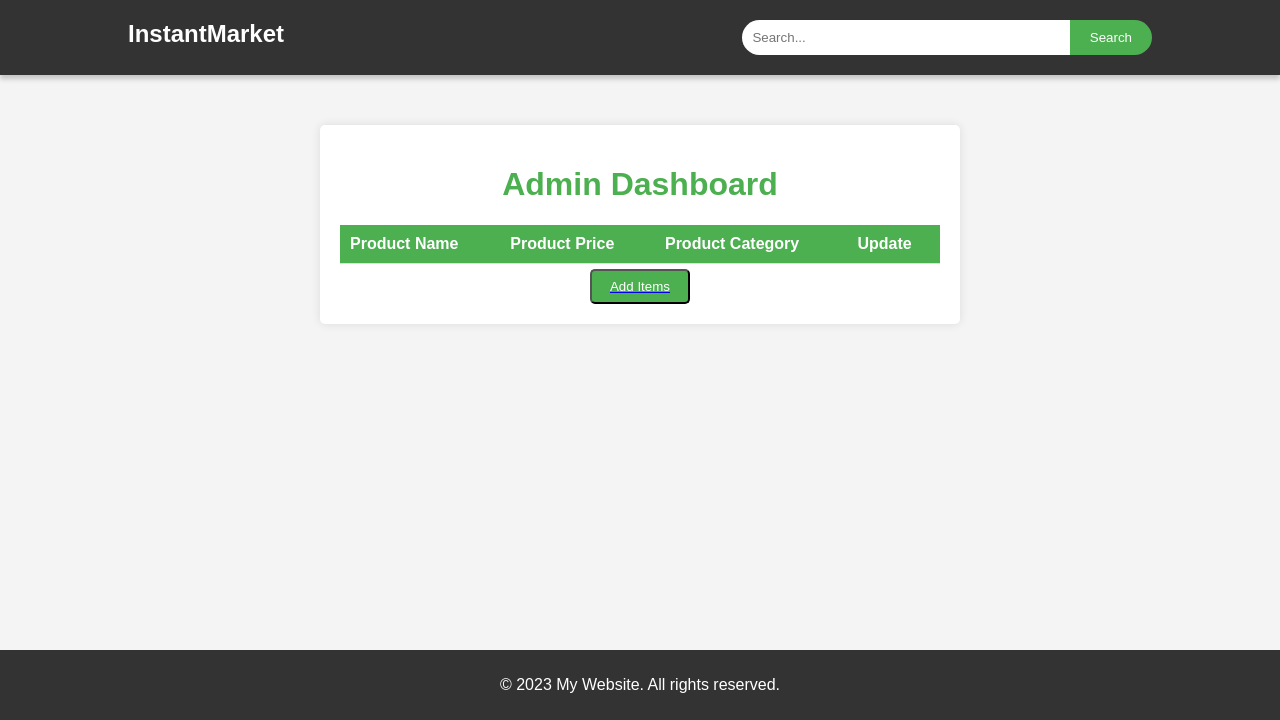
Repository: UrinduYatawakaa/OOP_project
Page: http://localhost/ProductDemo/AllServlet
The author's editor kept a copy of each file at every save. The page is drawn from the files as they stood at one save, then again after the next save.
The browser window is 1280 px wide. The pictures show the whole page.
The page is served by Tomcat 9. Other server files are loaded and not shown. Queries for data that is not in the repository find no rows.

Above is the page before, as saved 2023-10-25 18:40:50.

### oop project/ProductDemo/src/main/webapp/searchbarAdmin.jsp
<%@ page language="java" contentType="text/html; charset=ISO-8859-1"
    pageEncoding="ISO-8859-1"%>
    <%@taglib prefix="c" uri="http://java.sun.com/jsp/jstl/core"%>

<!DOCTYPE html>
<html lang="en">

<head>
    <meta charset="UTF-8">
    <meta name="viewport" content="width=device-width, initial-scale=1.0">
    <link rel="stylesheet" href="css/category.css" type="text/css">
    <link rel="stylesheet" href="css/stylesheader.css" type="text/css">
    <title>Simple Grocery Cart</title>
</head>

<body>
 <header>
        <div class="container">
            <h1>InstantMarket</h1>
            <div class="search-bar">
                <form action="log" method="post">
                    <input type="text" name="ProductName" placeholder="Search...">
                    <input type="submit" name="submit" value="Search">
                </form>
            </div>

        </div>
    </header>

    <div class="container2">
        <table class="cart">
        <h1>Admin Dashboard</h1>
            <thead>
                <tr>
                    <th>Product Name</th>
                    <th>Product Price</th>
                    <th>Product Category</th>
                    <th>Update</th>
                </tr>
            </thead>
            <c:forEach var="product" items = "${productDetails}" >

            <c:set var="id" value="${product.id}"/>
            <c:set var="name" value="${product.name}"/>
            <c:set var="price" value="${product.price}"/>
            <c:set var="category" value="${product.category}"/>

            <c:url value="updateProduct.jsp" var="productUpdate">
		    <c:param name="id" value="${id}"/>
		    <c:param name="name" value="${name}"/>
		    <c:param name="price" value="${price}"/>
		    <c:param name="category" value="${category}"/>
	        </c:url>

            <tbody>
                <tr>
                    <td>${product.name}</td>
                    <td>${product.price}</td>
                    <td>${product.category}</td>

                    <td>
                        <a href="${productUpdate}">
                            <input type="button" name="update" value="update value"  class="add-to-cart-button">
                            </a>
                    </td>
                </tr>

        </c:forEach>
        </tbody>

        </table>
         <a href="ProductInsert.jsp">
         <input type="button" name="update" value="Add Items"  class="add-to-cart-button">
        </a>

    </div>

      <footer>
        <div class="container">
            <p>&copy; 2023 My Website. All rights reserved.</p>
        </div>
    </footer>
</body>


</html>

### oop project/ProductDemo/src/main/java/com/product/AllServlet.java
package com.product;

import java.io.IOException;
import java.util.List;

import javax.servlet.RequestDispatcher;
import javax.servlet.ServletException;
import javax.servlet.annotation.WebServlet;
import javax.servlet.http.HttpServlet;
import javax.servlet.http.HttpServletRequest;
import javax.servlet.http.HttpServletResponse;

@WebServlet("/AllServlet")
public class AllServlet extends HttpServlet {
	private static final long serialVersionUID = 1L;

	protected void doGet(HttpServletRequest request, HttpServletResponse response) throws ServletException, IOException {
		String category = request.getParameter("category");

		List<Product> productDetails = ProductDBUtil.getAll();
			request.setAttribute("productDetails", productDetails);

			RequestDispatcher dis = request.getRequestDispatcher("searchbarAdmin.jsp");
			dis.forward(request, response);



	}

}

### oop project/ProductDemo/src/main/java/com/product/ProductDBUtil.java
package com.product;
import java.sql.Connection;
import java.sql.DriverManager;
import java.sql.PreparedStatement;
import java.sql.ResultSet;
import java.sql.Statement;
import java.util.ArrayList;
import java.util.List;


public class ProductDBUtil {

	private static boolean isSuccess;
	private static Connection con = null;
	private static Statement stmt = null;
	private static ResultSet rs = null;

	public static List<Product> getProduct (String name){

		ArrayList<Product> product = new ArrayList<>();



		try {
			//String sql = "select * from product_details where product_name='%''"+name+"''%'";
			con = DBConnect.getConnction();
			stmt = con.createStatement();
			String sql = "SELECT * FROM product_details WHERE product_name LIKE '%" + name + "%'";
			rs = stmt.executeQuery(sql);

			if(rs.next()) {
				int id = rs.getInt(1);
				String productName = rs.getString(2);
				double price = rs.getDouble(3);
				String category = rs.getString(4);

				Product p = new Product(id,productName,price,category);
				product.add(p);
			}

		} catch (Exception e) {
			e.printStackTrace();
		}



		return product;

	}

	public static boolean InsertProduct(String name, String price, String category) {

		boolean isSuccess = false;


		try {
			con = DBConnect.getConnction();
			stmt = con.createStatement();
            double Price = Double.parseDouble(price); // Convert the String to a double

			String sql = "insert into product_details values (0,'"+name+"','"+Price+"','"+category+"')";
			int rs = stmt.executeUpdate(sql); //update to query

			if(rs>0) {
				isSuccess = true;
			} else {
				isSuccess = false;
			}

		} catch (Exception e) {
			e.printStackTrace();
		}


		return isSuccess;
	}

	public static boolean updateProduct(String id, String name, String price, String category) {

		try {
			con = DBConnect.getConnction();
			stmt = con.createStatement();

			double Price = Double.parseDouble(price);

			String sql = "update product_details set product_name='"+name+"', product_price='"+Price+"', product_category='"+category+"' where idproduct_details='"+id+"'";
			int rs = stmt.executeUpdate(sql);

			if(rs > 0) {
				isSuccess = true;
			} else {
				isSuccess = false;
			}

		} catch (Exception e) {
			e.printStackTrace();
		}

		return isSuccess;
	}

	public static List<Product> getProdcutDetails(String id){

		int convertID = Integer.parseInt(id);

		ArrayList<Product> product = new ArrayList<>();

		try {

			con = DBConnect.getConnction();
			stmt = con.createStatement();
			String sql = "SELECT * FROM product_details WHERE idproduct_details='" + convertID + "'";
			rs = stmt.executeQuery(sql);

			while(rs.next()) {
				int ID = rs.getInt(1);
				String productName = rs.getString(2);
				double price = rs.getDouble(3);
				String category = rs.getString(4);

				Product p = new Product(ID,productName,price,category);
				product.add(p);
			}


		} catch (Exception e) {
			e.printStackTrace();
		}

		return product;
	}


	public static List<Product> getCategory(String category){


		ArrayList<Product> product = new ArrayList<>();

		try {

			con = DBConnect.getConnction();
			stmt = con.createStatement();
			String sql = "SELECT * FROM product_details WHERE product_category='" + category + "'";
			rs = stmt.executeQuery(sql);

			while(rs.next()) {
				int ID = rs.getInt(1);
				String productName = rs.getString(2);
				double price = rs.getDouble(3);
				String categoryy = rs.getString(4);

				Product p = new Product(ID,productName,price,categoryy);
				product.add(p);
			}


		} catch (Exception e) {
			e.printStackTrace();
		}

		return product;
	}

//
public static List<Product> getAll(){


		ArrayList<Product> product = new ArrayList<>();

		try {

			con = DBConnect.getConnction();
			stmt = con.createStatement();
			String sql = "SELECT * FROM product_details";
			rs = stmt.executeQuery(sql);

			while(rs.next()) {
				int ID = rs.getInt(1);
				String productName = rs.getString(2);
				double price = rs.getDouble(3);
				String categoryy = rs.getString(4);

				Product p = new Product(ID,productName,price,categoryy);
				product.add(p);
			}


		} catch (Exception e) {
			e.printStackTrace();
		}

		return product;
	}


}

### oop project/ProductDemo/src/main/java/com/product/DBConnect.java
package com.product;

import java.sql.Connection;
import java.sql.DriverManager;

public class DBConnect {

	private static String url = "jdbc:mysql://localhost:3306/product";
	private static String user = "root";
	private static String password = "1234";
	private static Connection con;

	public static Connection getConnction() {

		try {
			Class.forName("com.mysql.jdbc.Driver");

			con = DriverManager.getConnection(url, user, password);

		} catch (Exception e) {
			System.out.println("Database connection failed!");
		}

		return con;

	}

}

### oop project/ProductDemo/src/main/webapp/css/category.css
@charset "ISO-8859-1";

body {
    font-family: Arial, sans-serif;
    background-color: #fff;
    color: #333;
    margin: 0;
    padding: 0;
}

.container2 {
    max-width: 600px;
    margin: 0 auto;
    padding: 20px;
    background-color: #fff;
    box-shadow: 0 0 10px rgba(0, 0, 0, 0.1);
    border-radius: 5px;
    margin-top: 50px;
    margin-bottom: 50px;
}

.container2 h1 {
    text-align: center;
    color: #4CAF50;
}

.cart {
    width: 100%;
    margin-top: 20px;
    border-collapse: collapse;
}

.cart th, .cart td {
    padding: 10px;
    text-align: left;
    border-bottom: 1px solid #ddd;
}

.cart th {
    background-color: #4CAF50;
    color: #fff;
}

.cart tbody tr:hover {
    background-color: #f5f5f5;
}

.add-to-cart-button {
    display: block;
    width: 100px;
    text-align: center;
    background-color: #4CAF50;
    color: #fff;
    padding: 8px 10px;
    text-decoration: none;
    border-radius: 5px;
    margin: 0 auto;
    margin-top: 5px;
}

.add-to-cart-button:hover {
    background-color: #333;
}

### oop project/ProductDemo/src/main/webapp/css/stylesheader.css
@charset "ISO-8859-1";

body {
    font-family: Arial, sans-serif;
    margin: 0;
    padding: 0;
    background-color: #f4f4f4;
}

.container {
    width: 80%;
    margin: 0 auto;
    overflow: hidden;
}

header {
    background-color: #333;
    color: #fff;
    padding: 20px 0;
    box-shadow: 0px 4px 5px 0px rgba(0, 0, 0, 0.2);
}

header h1 {
    float: left;
    margin: 0;
    font-size: 24px;
}

header h1 span {
    color: #4CAF50;
}

nav ul {
    float: right;
    list-style: none;
    margin: 0;
    padding: 0;
}

nav ul li {
    display: inline;
    margin-left: 20px;
}

nav ul li a {
    color: #fff;
    text-decoration: none;
    transition: color 0.3s;
}

nav ul li a:hover {
    color: #4CAF50;
}

.search-bar{
    width: 40%;
    border-left: 10px;
    float:right;
}
.search-bar form {
    display: flex;
}

.search-bar input[type="text"] {
    padding: 10px;
    border: none;
    border-radius: 20px 0 0 20px;
    margin-right: 0;
    flex: 1;
}

.search-bar input[type="submit"] {
    padding: 10px 20px;
    background-color: #4CAF50;
    color: #fff;
    border: none;
    border-radius: 0 20px 20px 0;
    cursor: pointer;
    transition: background-color 0.3s;
}

.search-bar input[type="submit"]:hover {
    background-color: #45a049;
}

footer {
    background-color: #333;
    color: #fff;
    text-align: center;
    padding: 10px 0;
    position: fixed;
    bottom: 0;
    width: 100%;
}

After the next save:
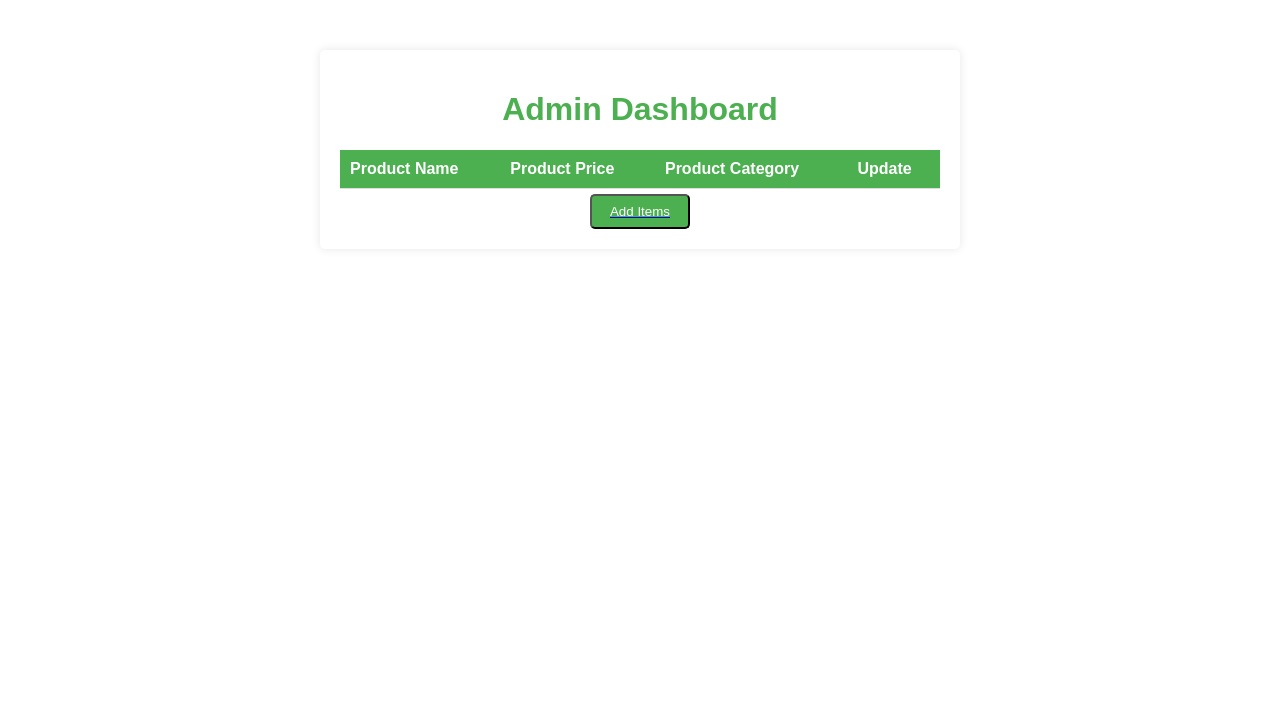
Saved 3 min 8 s later.
--- a/oop project/ProductDemo/src/main/webapp/searchbarAdmin.jsp
+++ b/oop project/ProductDemo/src/main/webapp/searchbarAdmin.jsp
@@ -9,28 +9,15 @@
     <meta charset="UTF-8">
     <meta name="viewport" content="width=device-width, initial-scale=1.0">
     <link rel="stylesheet" href="css/category.css" type="text/css">
-    <link rel="stylesheet" href="css/stylesheader.css" type="text/css">
     <title>Simple Grocery Cart</title>
 </head>
 
 <body>
- <header>
-        <div class="container">
-            <h1>InstantMarket</h1>
-            <div class="search-bar">
-                <form action="log" method="post">
-                    <input type="text" name="ProductName" placeholder="Search...">
-                    <input type="submit" name="submit" value="Search">
-                </form>
-            </div>
-
-        </div>
-    </header>
-
     <div class="container2">
         <table class="cart">
         <h1>Admin Dashboard</h1>
             <thead>
+
                 <tr>
                     <th>Product Name</th>
                     <th>Product Price</th>
@@ -74,12 +61,6 @@
         </a>
 
     </div>
-
-      <footer>
-        <div class="container">
-            <p>&copy; 2023 My Website. All rights reserved.</p>
-        </div>
-    </footer>
 </body>
 
 
